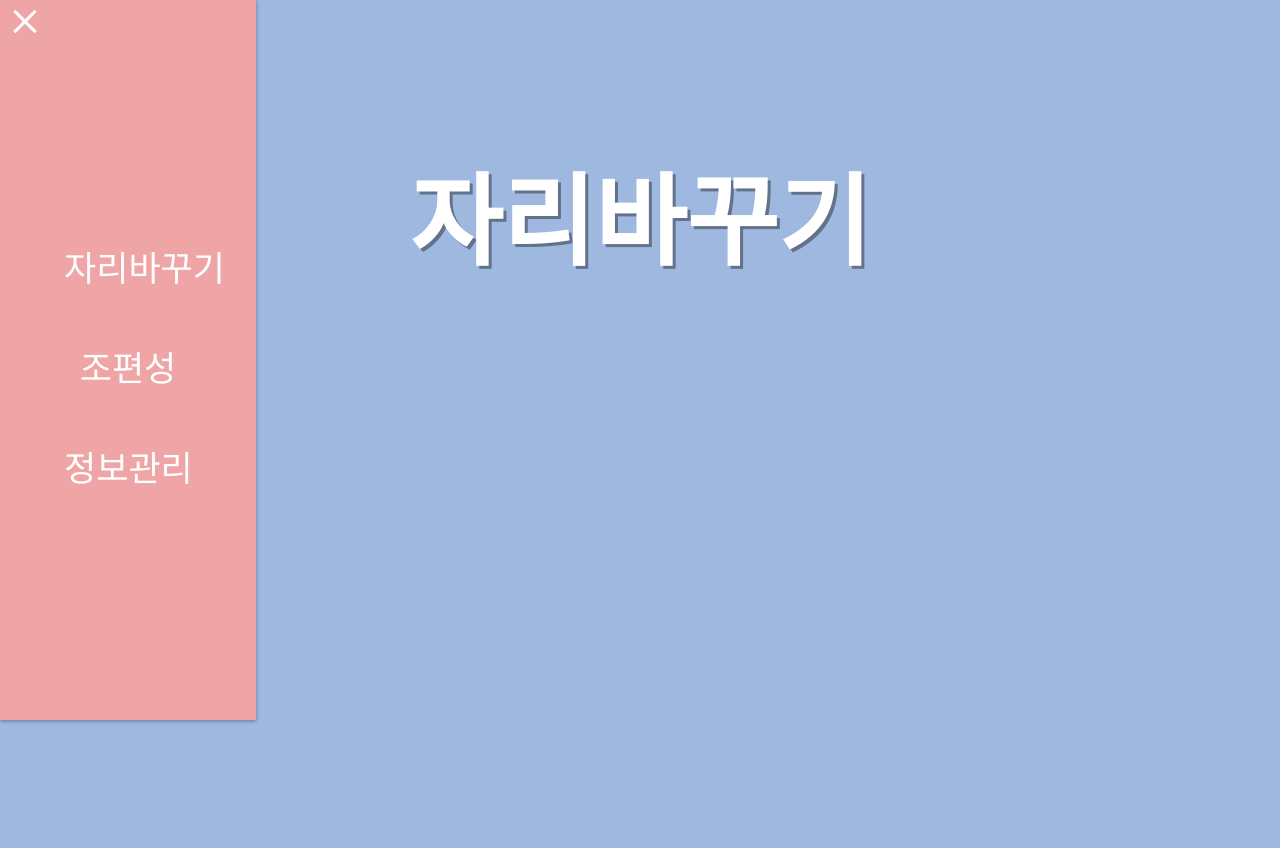
Repository: se-yoo/ChangeSeat
Page: http://localhost/ChangeSeat/main.jsp
The author's editor kept a copy of each file at every save. The page is drawn from the files as they stood at one save, then again after the next save.
The browser window is 1280 px wide. The pictures show the whole page.
After loading, the first visible `div.wrap` was clicked once.
Some web libraries are served in a nearby version. The page is served by Tomcat 9.

Above is the page before, as saved 2018-06-25 05:46:52.

After the next save:
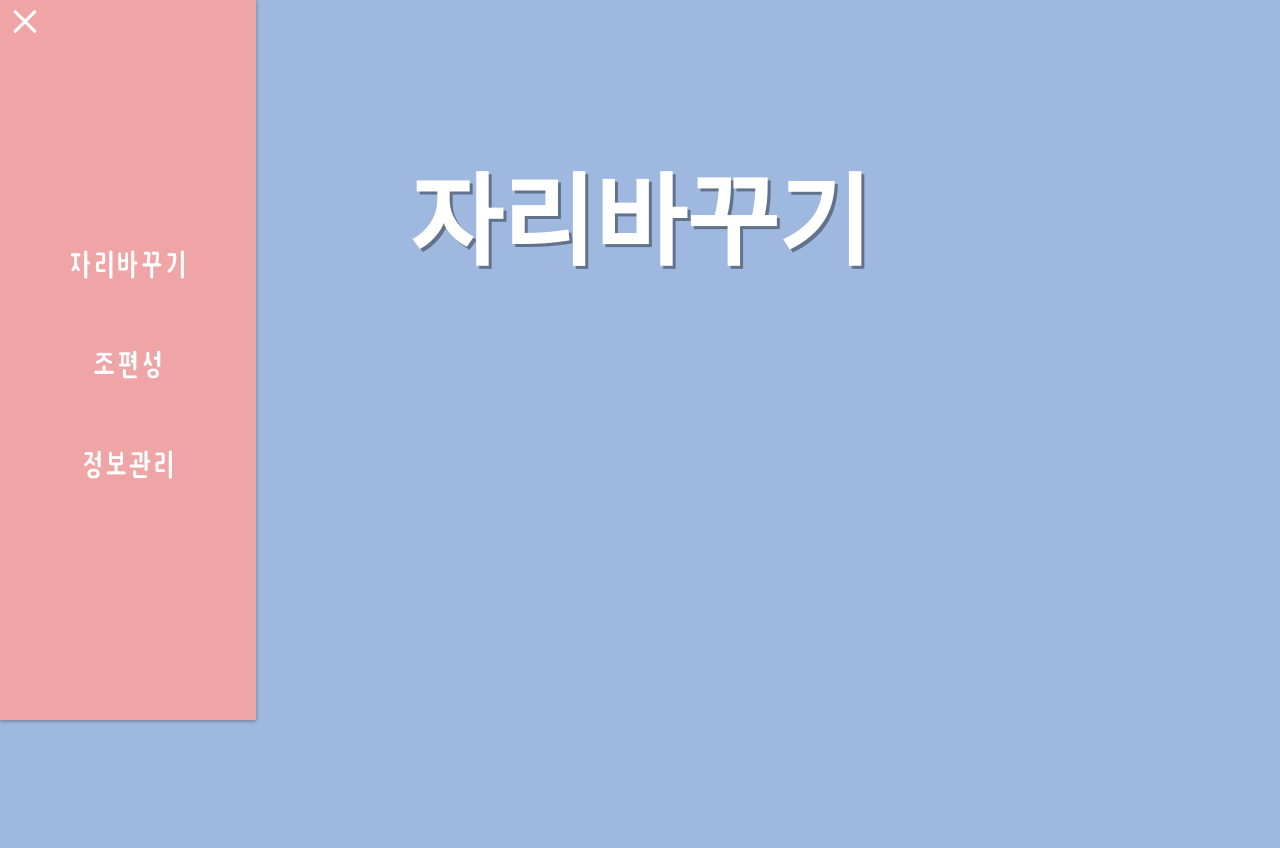
Saved 2 min 32 s later.
--- a/ChangeSeat/WebContent/style.css
+++ b/ChangeSeat/WebContent/style.css
@@ -68,7 +68,6 @@ top:20px;
  text-decoration: none;
   display: block;
   color:white;
-  font-family: 'pacifico';
   font-size:35px;
   opacity:0;
   width:50%;
